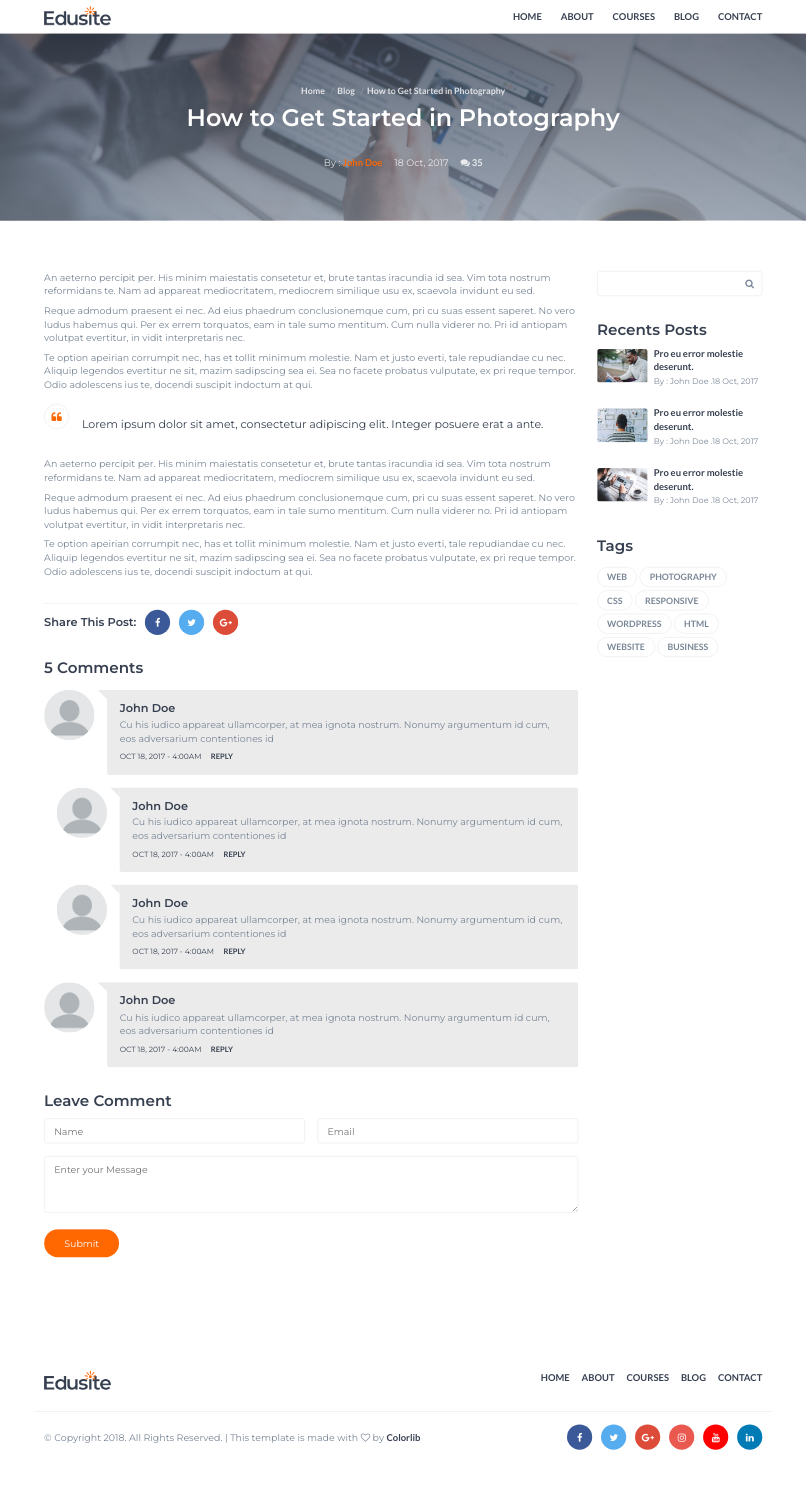
Repository: GuillermoPastrana/EdusiteGCP
Page: http://localhost/blog-post
An editor plug-in stored every save of this project. The page is shown before and after the next save, followed by the edit.
The browser window is 1280 px wide. The pictures show the whole page, at 63% of full size.
Backgrounds fixed to the window are drawn as part of the page. The page is this project's Thymeleaf template; nobody is signed in. The template is opened directly, without the code that normally fills it, so the values that code supplies are empty.

Above is the page before, as saved 2020-01-23 04:00:09.

After the next save:
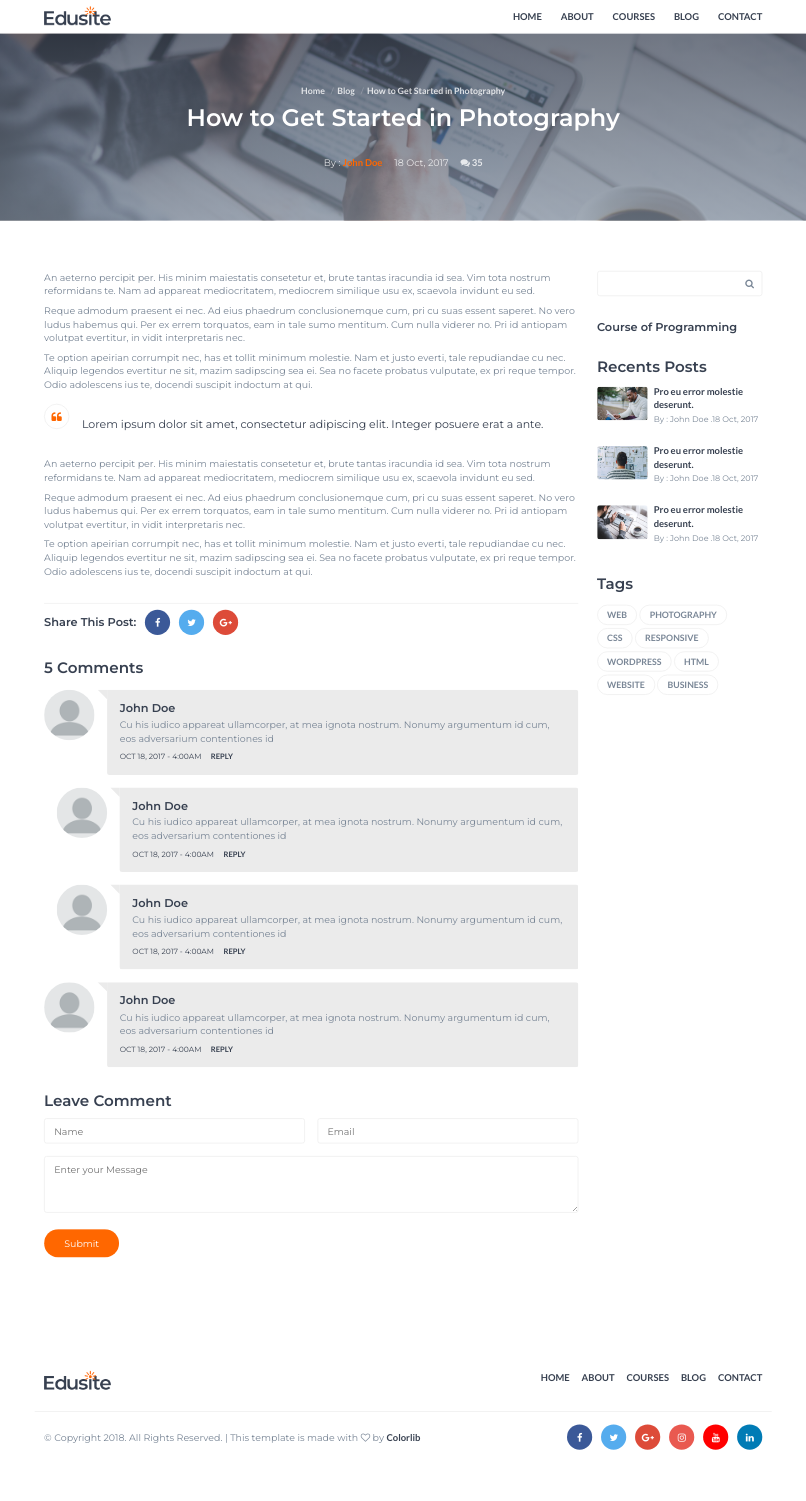
Saved 2 min 4 s later.
--- a/my-web-edusite/src/main/resources/templates/blog-post.html
+++ b/my-web-edusite/src/main/resources/templates/blog-post.html
@@ -217,6 +217,7 @@
 
 						<!-- category widget -->
 						<div class="widget category-widget">
+							<h4> Course of Programming</h4>
 							<a th:each="course : ${courses}" href="#" class="list-group-item" th:text="${course}">Resource Taxing</a>
 						</div>
 						<!-- /category widget -->
